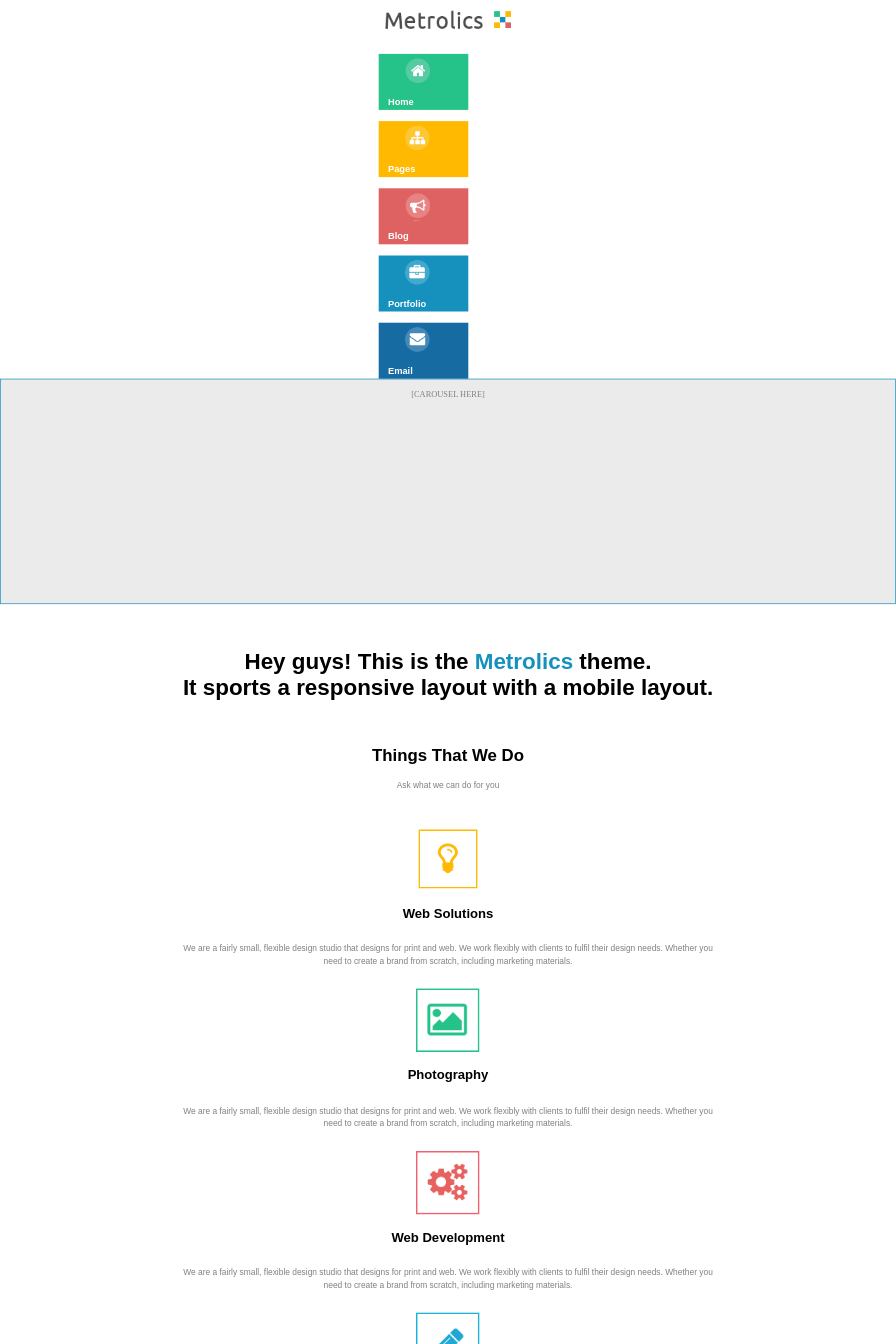
Repository: pjiang604/mdia2003-lab03b
Page: index.html
These files come from the project's save history. The page is drawn as it stood at one moment and after the next save; the edit follows.
The browser window is 1280 px wide. The pictures show the part of the page from y = 0 to 1920 px (the page is 4358 px tall), at 70% of full size.

Above is the page before, as saved 2023-02-05 03:18:13.

After the next save:
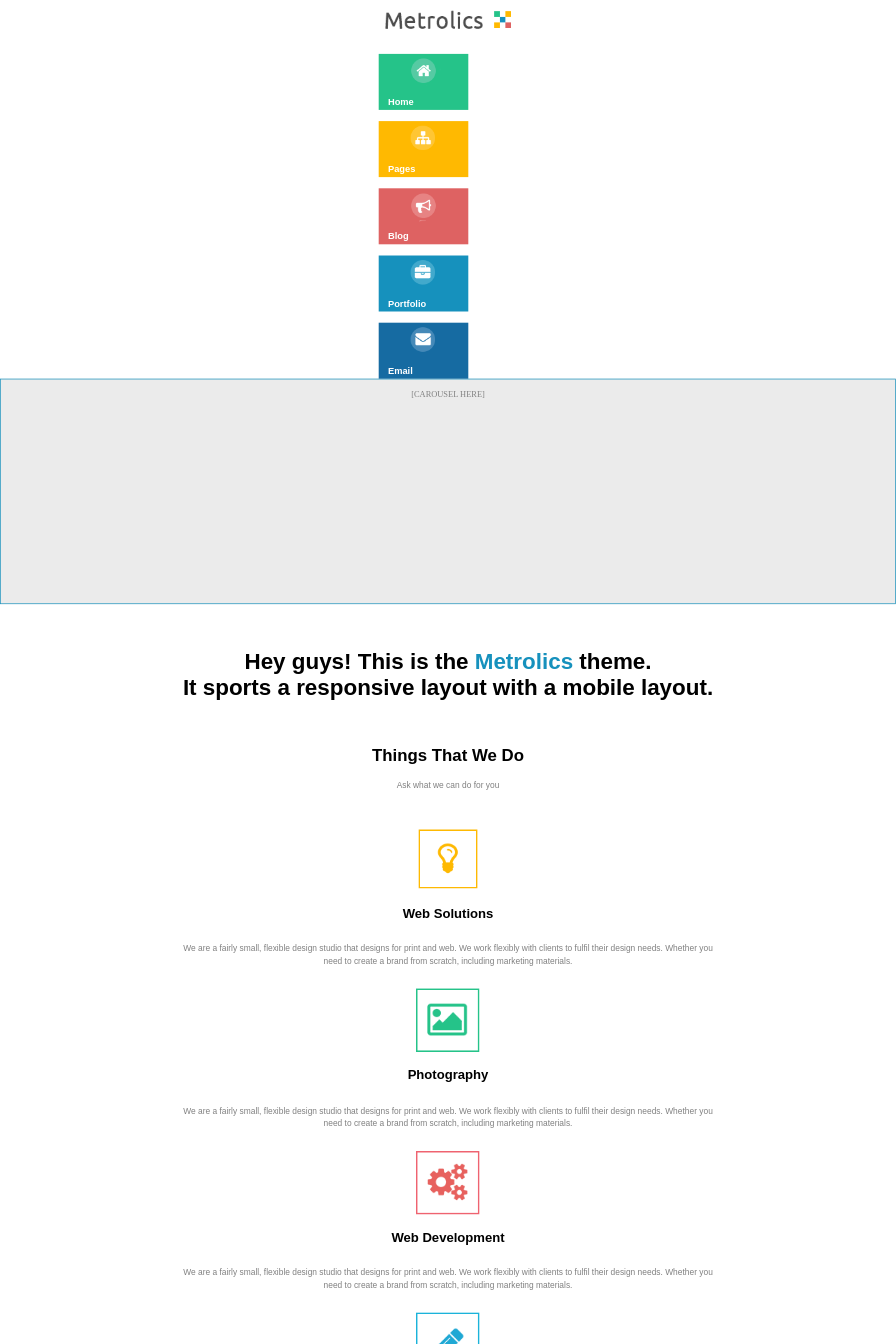
Saved 8 s later.
--- a/style.css
+++ b/style.css
@@ -103,7 +103,7 @@ nav {
     justify-content: center;
     align-items: center;
     width: 3em;
-    margin-left:2em;
+    margin:auto;
     height: 3em;
 }
 
